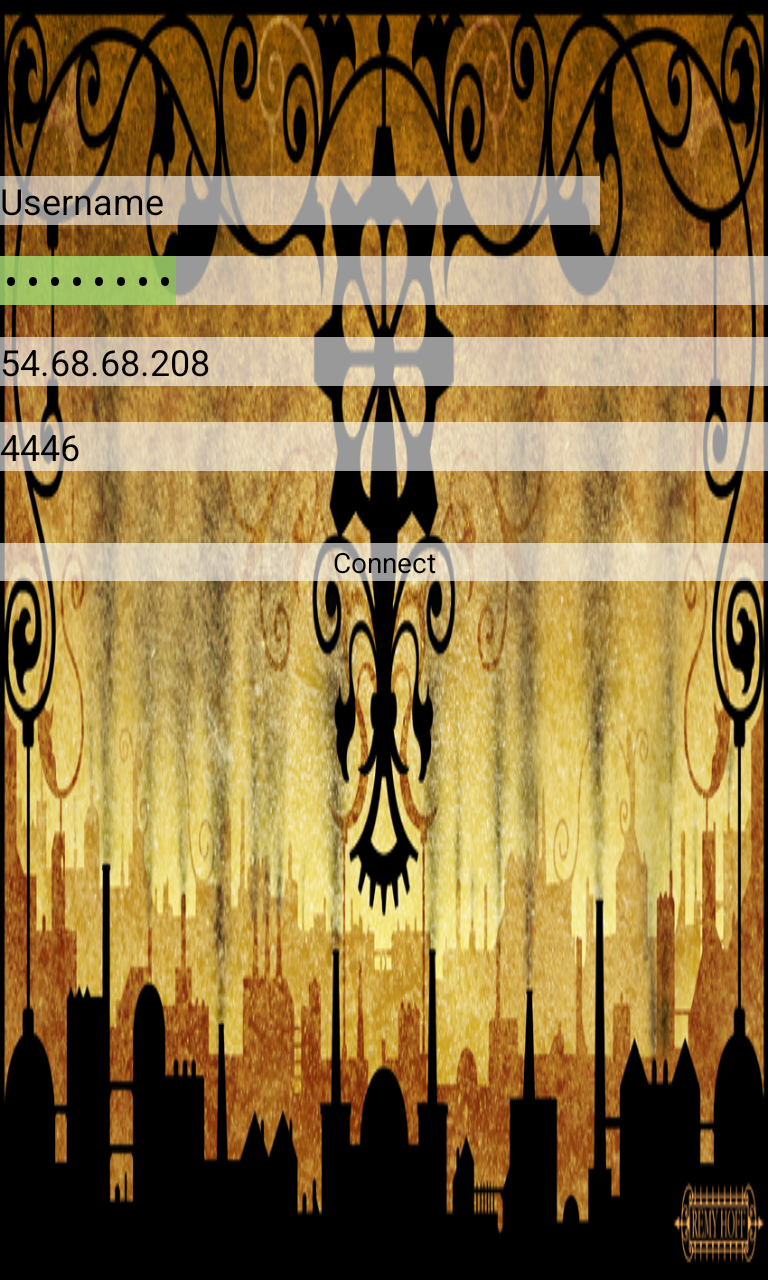
Repository: jkrepps/CSCE-482
Layout: Mobile Client (eclipse)/Industry of Deciet/res/layout/mains.xml
The author's editor kept a copy of each file at every save. The layout is drawn from the files as they stood at one save, then again after the next save.
It is drawn on a 768 x 1280 px phone screen (xhdpi) without system bars, with theme AppTheme; the app's code is not run.

Above is the layout before, as saved 2014-12-03 10:47:12.

After the next save:
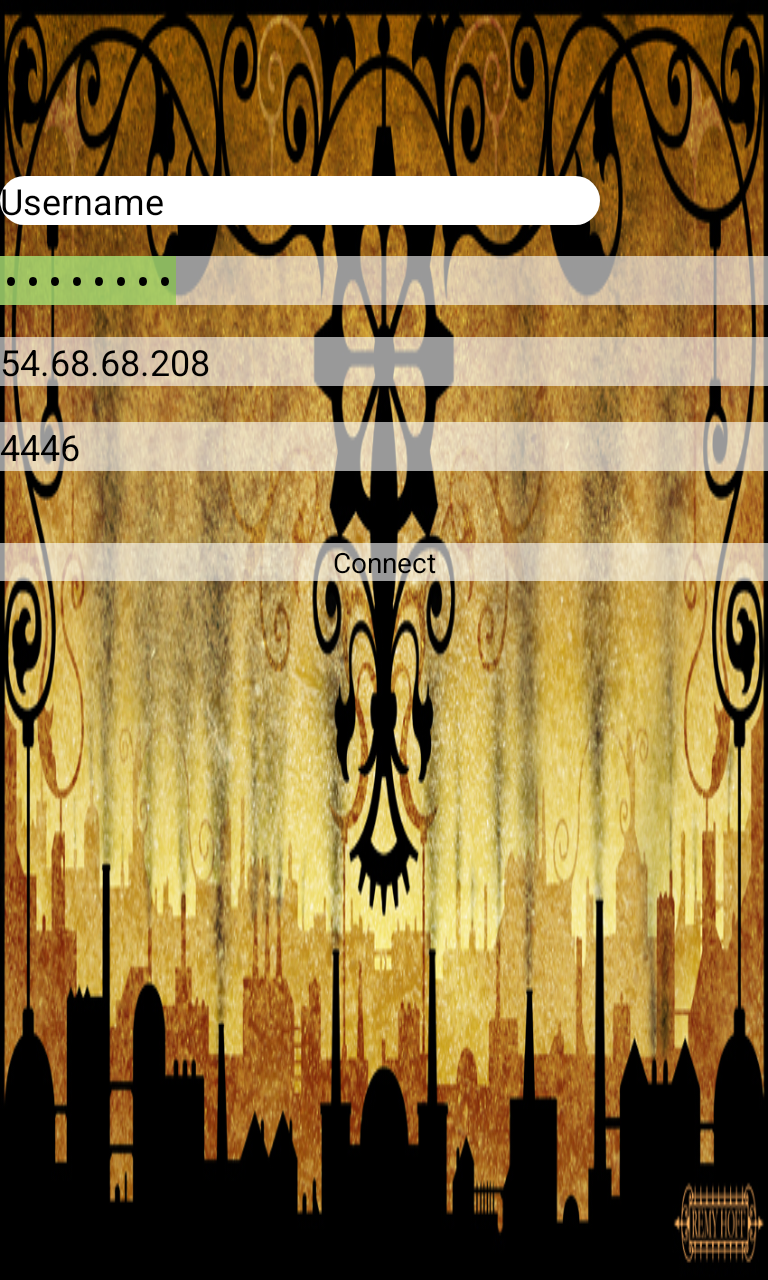
Saved 8 s later.
--- a/Mobile Client (eclipse)/Industry of Deciet/res/layout/mains.xml
+++ b/Mobile Client (eclipse)/Industry of Deciet/res/layout/mains.xml
@@ -84,7 +84,6 @@
             android:layout_alignBottom="@+id/editText2"
             android:layout_alignParentLeft="true"
             android:layout_marginBottom="40dp"
-            android:background="#99FFFFFF"
             android:ems="10"
             android:inputType="textPersonName"
             android:selectAllOnFocus="true"
